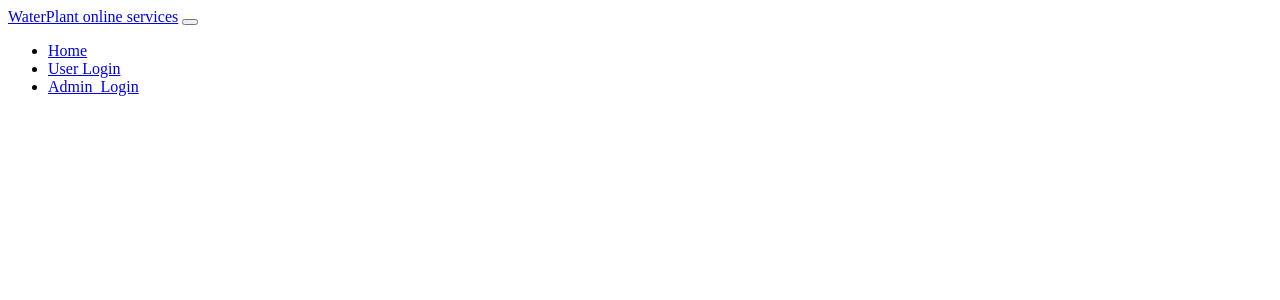
Repository: SHARMILAG97/WebApplication
Page: http://localhost/watercan-web/headers.jsp
The author's editor kept a copy of each file at every save. The page is drawn from the files as they stood at one save, then again after the next save.
The browser window is 1280 px wide. The pictures show the whole page.
The page is served by Tomcat 9.

Above is the page before, as saved 2019-09-11 04:40:11.

After the next save:
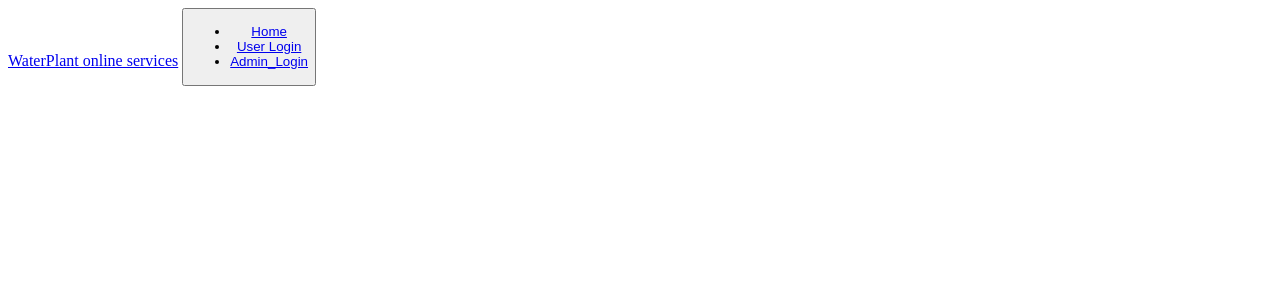
Saved 7 min 44 s later.
--- a/watercan-web/src/main/webapp/headers.jsp
+++ b/watercan-web/src/main/webapp/headers.jsp
@@ -2,7 +2,7 @@
  <a class="navbar-brand" href="index.jsp">WaterPlant online services</a>
  <button class="navbar-toggler" type="button" data-toggle="collapse" data-target="#navbarCollapse" aria-controls="navbarCollapse" aria-expanded="false" aria-label="Toggle navigation">
    <span class="navbar-toggler-icon"></span>
- </button>
+
  <div class="collapse navbar-collapse" id="navbarCollapse">
    <ul class="navbar-nav mr-auto">
      <li class="nav-item active">
@@ -16,6 +16,7 @@
        <a class="nav-link " href="adminlogin.jsp">Admin_Login</a>
      </li>
    </ul>
+   </button>
  <!--   <form class="form-inline mt-2 mt-md-0">
    <input class="form-control mr-sm-2" type="text" placeholder="Search" aria-label="Search">
      <button class="btn btn-outline-success my-2 my-sm-0" type="submit">Search</button>
